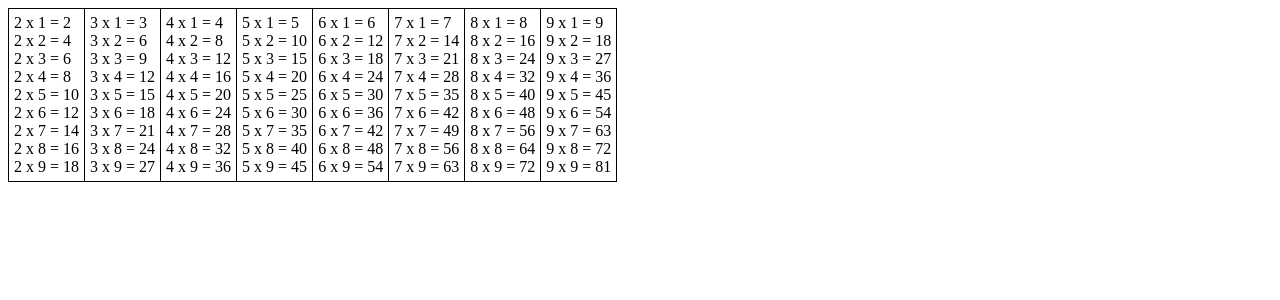
Repository: 5anniversary/JSPhw
Page: http://localhost/lecture1/gugu2.jsp
These files come from the project's save history. The page is drawn as it stood at one moment and after the next save; the edit follows.
The browser window is 1280 px wide. The pictures show the whole page.
The page is served by Tomcat 9.

Above is the page before, as saved 2020-04-11 12:12:42.

After the next save:
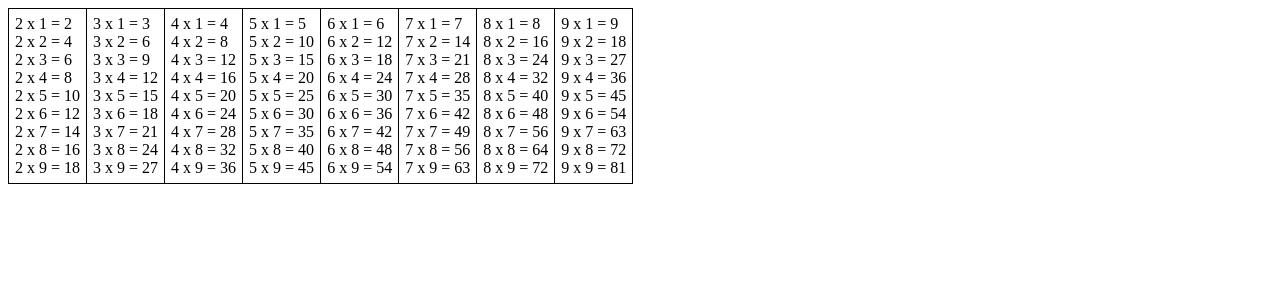
Saved 28 s later.
--- a/lecture1/WebContent/gugu2.jsp
+++ b/lecture1/WebContent/gugu2.jsp
@@ -9,7 +9,7 @@ table {
 }
 tr, td {
 	border: 1px solid;
-	padding: 5px;
+	padding: 6px;
 }
 </style>
 <head>
